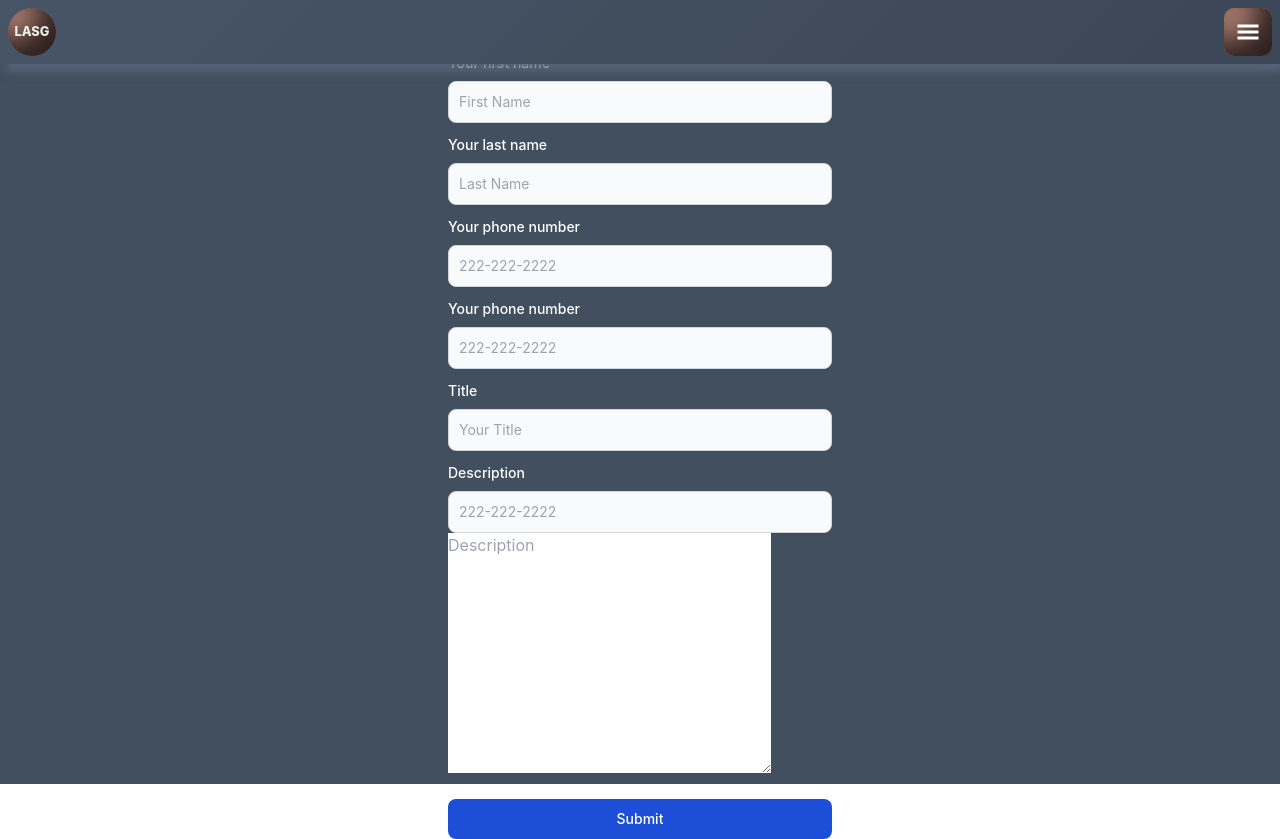
Repository: ShindanoSingi/LA-Swahili-Group
Page: /contactform (app in client/)
The author's editor kept a copy of each file at every save. The page is drawn from the files as they stood at one save, then again after the next save.
The browser window is 1280 px wide. The pictures show the whole page.
The project was rebuilt for these pictures with package versions that can differ from the ones it lists, and the page was loaded fresh each time. Also part of the build but not shown: client/src/pages/error/Error.css, client/src/pages/error/Error.js, client/src/pages/home/Home.js, client/src/pages/about/About.js, client/src/pages/contact/Contact.js, client/src/pages/login/Login.js, client/src/pages/userDashBoard/UserDashBoard.js, client/src/pages/superUsersDashBoard/SuperUsersDashBoard.js and 3 more.

Above is the page before, as saved 2024-02-12 01:29:41.

After the next save:
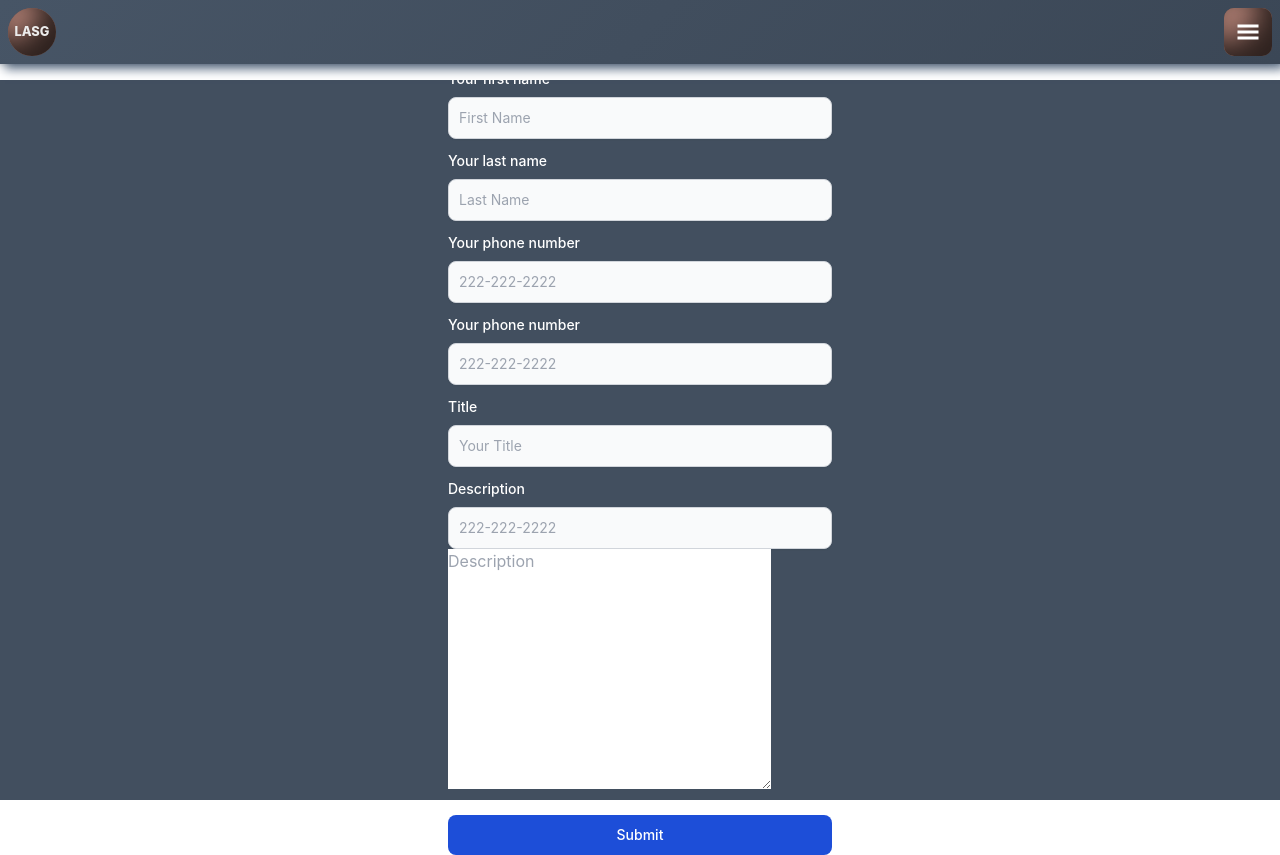
Saved 13 s later.
--- a/client/src/pages/contactForm/ContactForm.js
+++ b/client/src/pages/contactForm/ContactForm.js
@@ -3,7 +3,7 @@
 
 function ContactForm() {
       return (
-            <div className="mt-[4rem] container">
+            <div className="mt-[5rem] container">
                   <div className="w-[80%]">
                         <h1 className="text-xl font-bold text-center mb-4 text-white dark:text-white">
                               Contact Form

After the save that followed:
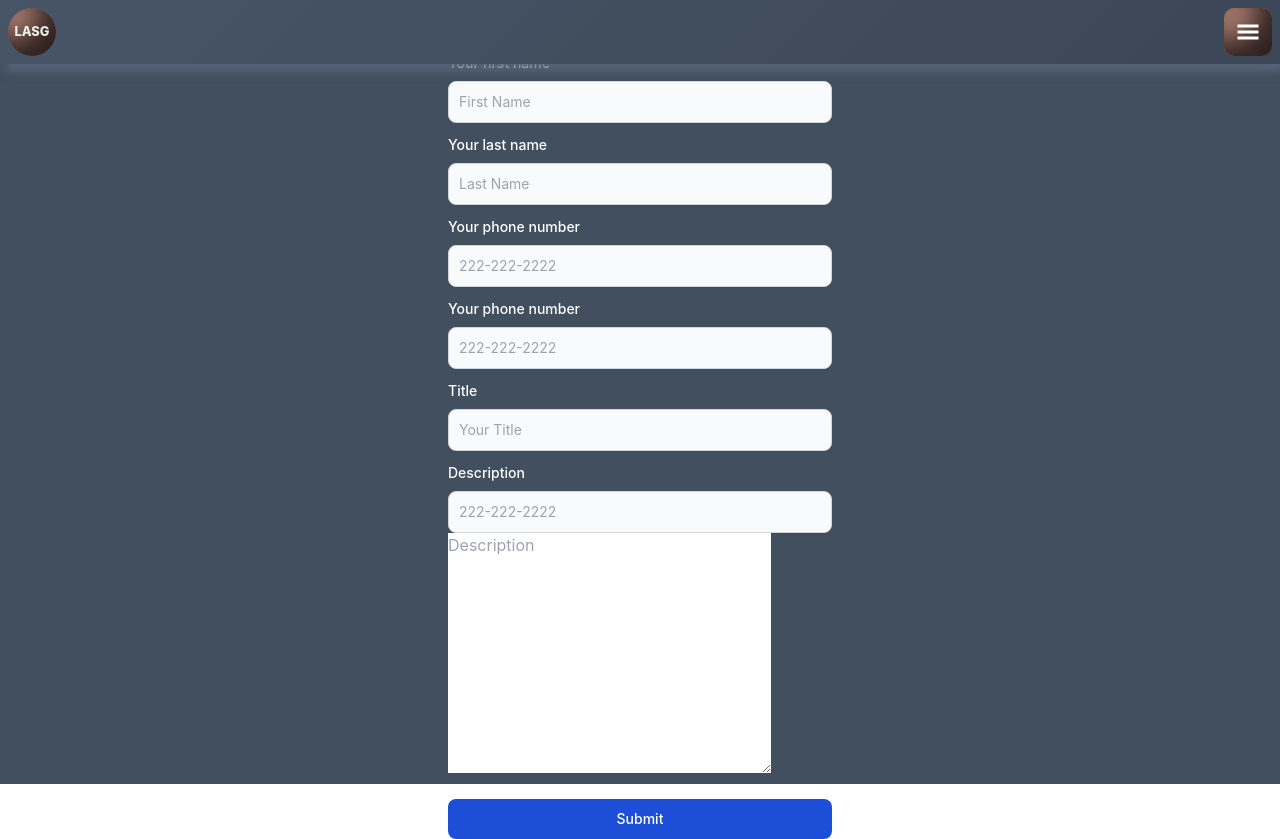
Saved 5 s later.
--- a/client/src/pages/contactForm/ContactForm.js
+++ b/client/src/pages/contactForm/ContactForm.js
@@ -3,7 +3,7 @@
 
 function ContactForm() {
       return (
-            <div className="mt-[5rem] container">
+            <div className="mt-[4rem] container">
                   <div className="w-[80%]">
                         <h1 className="text-xl font-bold text-center mb-4 text-white dark:text-white">
                               Contact Form
